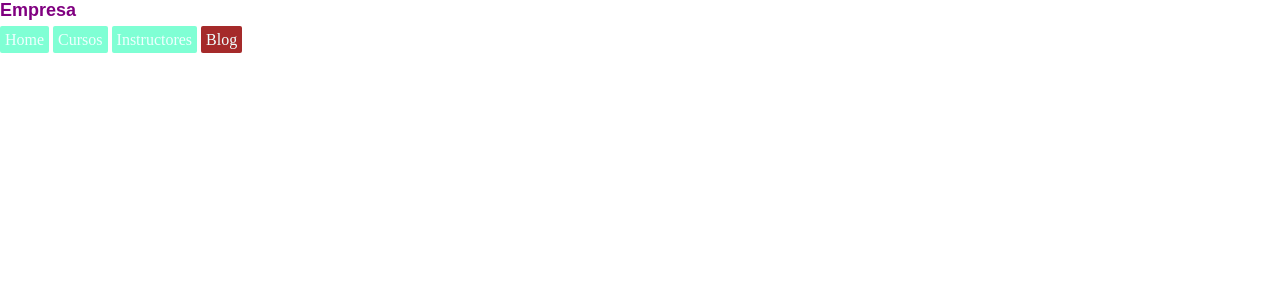
Repository: Daniel009980/daniel0099980
Page: especificidad/index.html
The author's editor kept a copy of each file at every save. The page is drawn from the files as they stood at one save, then again after the next save.
The browser window is 1280 px wide. The pictures show the whole page.

Above is the page before, as saved 2022-09-14 22:16:21.

### especificidad/index.html
<!DOCTYPE html>
<html lang="en">
<head>
    <meta charset="UTF-8">
    <meta http-equiv="X-UA-Compatible" content="IE=edge">
    <meta name="viewport" content="width=device-width, initial-scale=1.0">
    <title>Especificidad</title>
    <link rel="stylesheet" href="./style.css">
</head>
<body>
    <header class="page-header">
        <h1 id="page-title" class="title">Empresa</h1>  <!-- este id que aparece en la etique solo se puede usar una vez con ese nombre porque los ids son unicos y especificos a diferencia de las class que son mas genericas -->
        <nav>
            <ul id="main-nav" class="nav">
                <li><a href="">Home</a></li>
                <li><a href="">Cursos</a></li>
                <li><a href="">Instructores</a></li>
                <li><a href="" style="background-color: brown;" class="blog">Blog</a></li>   <!-- los estilos enbebidos con mas importantes que las clases por lo que si ponemos un estilo embebido como etiqueta no podremos modificarlo desde la hoja de estilo por lo que es de mala practica usar estilos embebidos -->
            </ul>
        </nav>
    </header>
</body>
</html>

### especificidad/style.css

*{
    box-sizing: border-box;
    margin: 0%;
    padding: 0%;
}
h1{
    color:purple ;
    font-family: serif;
    margin-bottom: 10px;
}

#page-title{
    font-family: Arial, Helvetica, sans-serif;
}

.title{                                 /* este title esta en las etiquetas de h1 y com oaqui le damos un estilo a h1 de tipo de fuente que va a usar en esta parte le estamos dando el tamaño asi que ghay que tener cuidadi cuando trabajemos con varias etiquetas  */
    font-size: 18px;
    font-family: monospace;
}
/* esta es la especificidad de cascada como se puede ver
h1 ya tiene el tipo de fuente que se esta itulizando por lo  que en title se va
a ignorar la fuente que le queremos poner porque h1 esta arriba de title */

#main-nav{
    margin-top: 10px;
    list-style-type: none;
    padding-left: 0px;
}

#main-nav li{
    display: inline-block;
}

#main-nav a{
    color: azure;
    background-color: aquamarine;
    padding: 5px;
    border-radius: 2px;
    text-decoration: none;
}


#main-nav .blog{
    background-color: blue/* !important */;   /* se puede usar la etiqueta !important para darle la mayor prioridad al estilo pero no es buena practica usar el important porque nos puede causar problemas posteriomente */
}

After the next save:
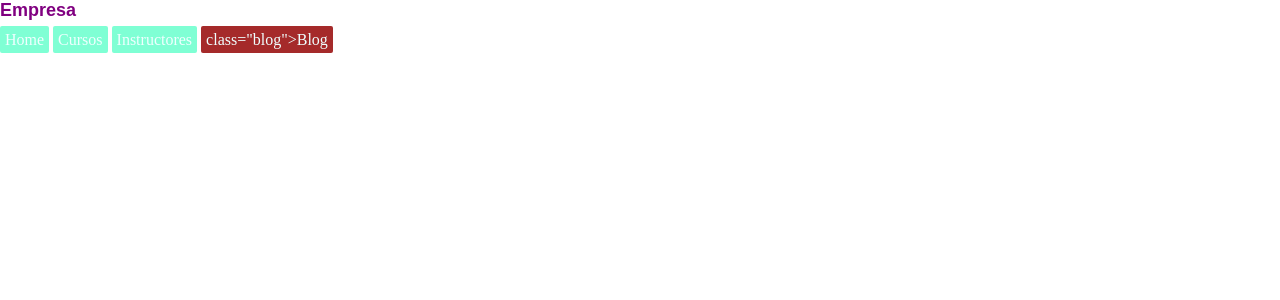
Saved 10 s later.
--- a/especificidad/index.html
+++ b/especificidad/index.html
@@ -15,7 +15,7 @@
                 <li><a href="">Home</a></li>
                 <li><a href="">Cursos</a></li>
                 <li><a href="">Instructores</a></li>
-                <li><a href="" style="background-color: brown;" class="blog">Blog</a></li>   <!-- los estilos enbebidos con mas importantes que las clases por lo que si ponemos un estilo embebido como etiqueta no podremos modificarlo desde la hoja de estilo por lo que es de mala practica usar estilos embebidos -->
+                <li><a href="" <!-- style="background-color: brown;" --> class="blog">Blog</a></li>   <!-- los estilos enbebidos con mas importantes que las clases por lo que si ponemos un estilo embebido como etiqueta no podremos modificarlo desde la hoja de estilo por lo que es de mala practica usar estilos embebidos -->
             </ul>
         </nav>
     </header>

After the save that followed:
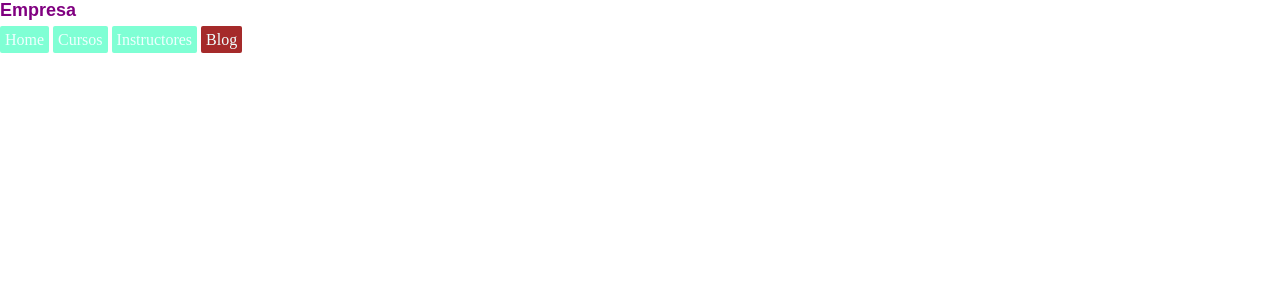
Saved 19 s later.
--- a/especificidad/index.html
+++ b/especificidad/index.html
@@ -15,7 +15,7 @@
                 <li><a href="">Home</a></li>
                 <li><a href="">Cursos</a></li>
                 <li><a href="">Instructores</a></li>
-                <li><a href="" <!-- style="background-color: brown;" --> class="blog">Blog</a></li>   <!-- los estilos enbebidos con mas importantes que las clases por lo que si ponemos un estilo embebido como etiqueta no podremos modificarlo desde la hoja de estilo por lo que es de mala practica usar estilos embebidos -->
+                <li><a href="" style="background-color: brown;" class="blog">Blog</a></li>   <!-- los estilos enbebidos con mas importantes que las clases por lo que si ponemos un estilo embebido como etiqueta no podremos modificarlo desde la hoja de estilo por lo que es de mala practica usar estilos embebidos -->
             </ul>
         </nav>
     </header>
